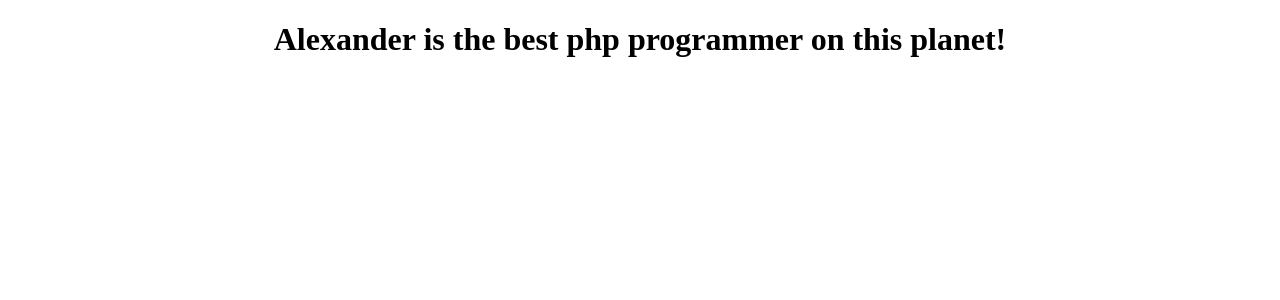
Repository: Lexscher/PHP-practice
Page: http://localhost/
The author's editor kept a record of every edit. The page is drawn from the files as they stood at one moment, then again after the next edit.
The browser window is 1280 px wide. The pictures show the whole page.
The page is run by PHP 8.4 with error messages shown; the project is at /var/www/html/.

Above is the page before.

After the next edit:
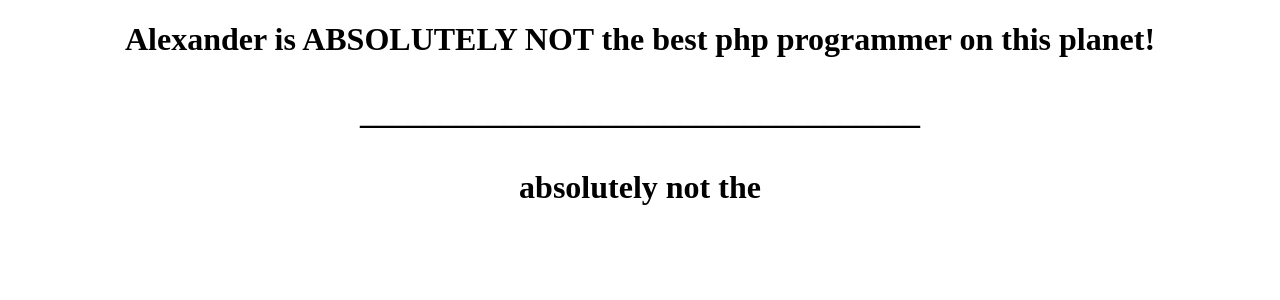
The edit:
--- a/index.php
+++ b/index.php
@@ -17,8 +17,10 @@
                 };
                 // String Manipulattion
                 $bs = "Alexander is the best php programmer on this planet!";
-                $truth = "";
-                echo str_replace("best php programmer on the planet!", $truth, $bs);
+                $truth = "ABSOLUTELY NOT the";
+                echo str_replace("the", $truth, $bs);
+                separate();
+                echo strtolower($truth)
 
                 ?>
         </h1>
